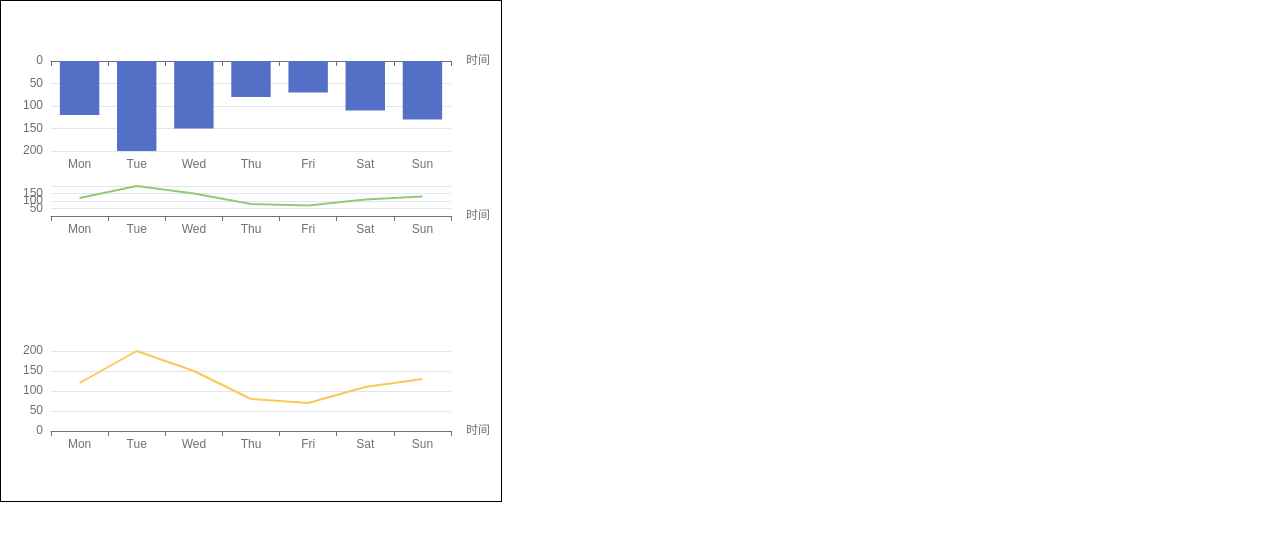
Repository: LeP-Ton/curve
Page: /
These files come from the project's save history. The page is drawn as it stood at one moment and after the next save; the edit follows.
The browser window is 1280 px wide. The pictures show the whole page.
The project was rebuilt for these pictures with package versions that can differ from the ones it lists, and the page was loaded fresh each time.

Above is the page before, as saved 2022-08-18 20:24:28.

After the next save:
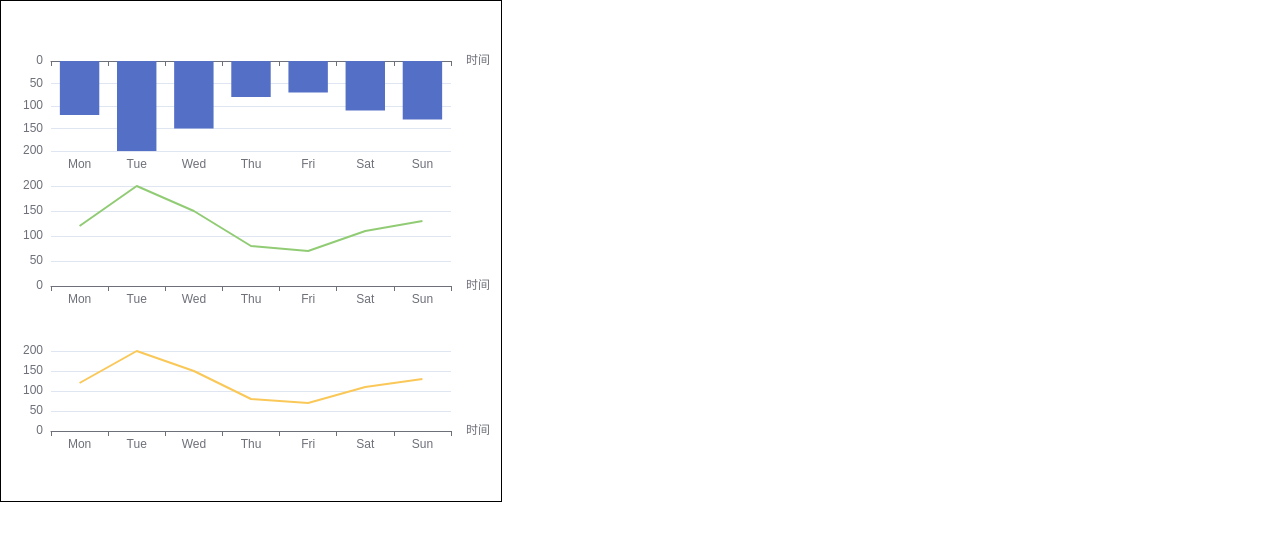
Saved 7 s later.
--- a/src/index.js
+++ b/src/index.js
@@ -51,7 +51,7 @@ const option = {
     },
     {
       top: '37%',
-      bottom:'57%'
+      bottom:'43%'
     },
     {
       top: '70%',
